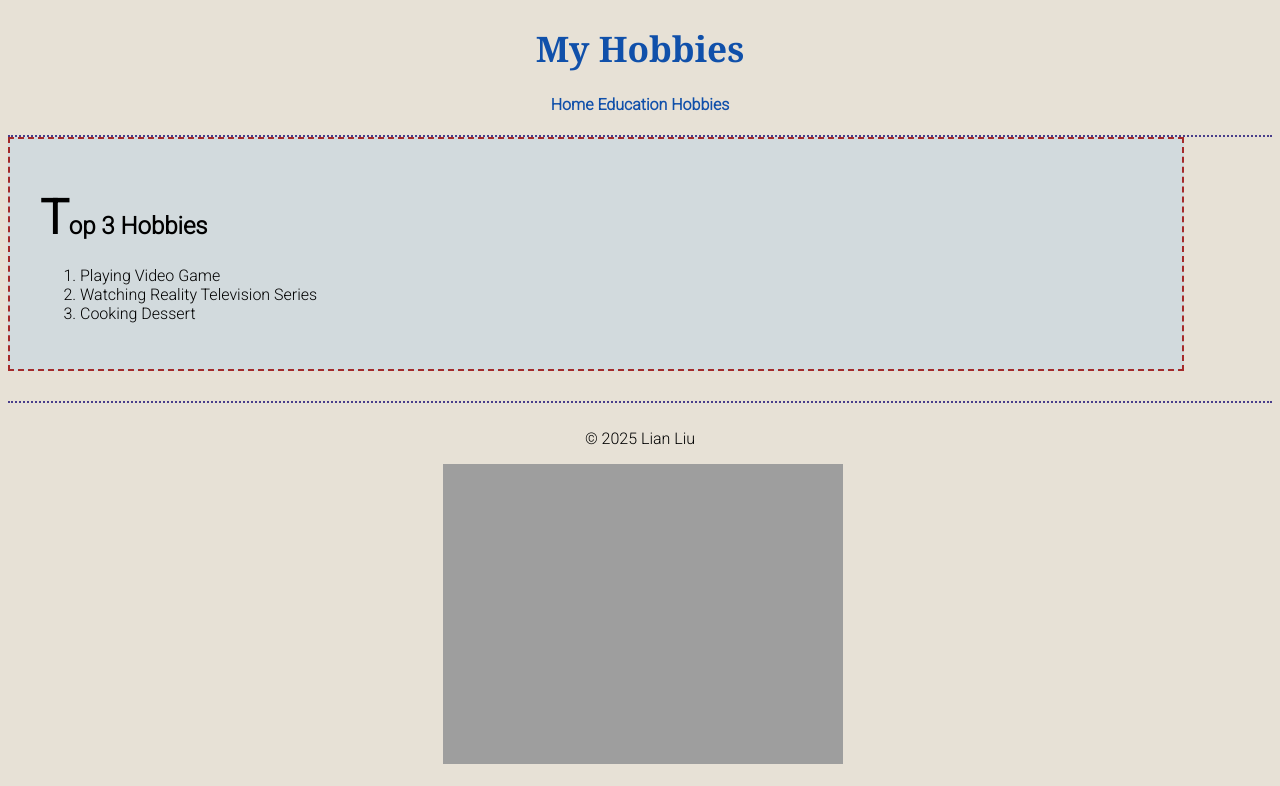
Repository: liulian26/CS5610
Page: assignment-1-liulian26/pages/hobbies.html
These files come from the project's save history. The page is drawn as it stood at one moment and after the next save; the edit follows.
The browser window is 1280 px wide. The pictures show the whole page.
Pictures or frames that could not be fetched are drawn as grey boxes.

Above is the page before, as saved 2025-02-01 00:42:53.

### assignment-1-liulian26/pages/hobbies.html
<!DOCTYPE html>
<html lang="en">
<head>
    <meta charset="UTF-8">
    <meta name="viewport" content="width=device-width, initial-scale=1.0">
    <title>Hobbies - My Portfolio</title>
    <link rel="stylesheet" href="../css/styles.css">
    <link rel="icon" href="../images/favicon.ico" type="image/x-icon">
</head>
<body>
    <header>
        <h1>My Hobbies</h1>
        <nav>
            <ul>
                <li><a href="../index.html">Home</a></li>
                <li><a href="education.html">Education</a></li>
                <li><a href="hobbies.html">Hobbies</a></li>
            </ul>
        </nav>
    </header>

    <main>
        <section>
            <h2>Top 3 Hobbies</h2>
            <ol>
                <li>Playing Video Game</li>
                <li>Watching Reality Television Series</li>
                <li>Cooking Dessert</li>
            </ol>
        </section>

    </main>

    <footer>
        <p>&copy; 2025 Lian Liu</p>
        <a href="https://github.com/liulian26" target="_blank">
            <i class="fab fa-github"></i>
        </a>
        <a href="mailto:liu.lian1@northeastern.edu">
            <i class="fas fa-envelope"></i>
        </a>
    </footer>
</body>
</html>

### assignment-1-liulian26/css/styles.css
@import url('https://fonts.googleapis.com/css2?family=Roboto:wght@300&display=swap');

header {
    text-align: center;
    border-bottom: 2px dotted darkslateblue;
    padding-bottom: 5px;

}

#role {
    font-weight: bold;
}

h1 {
    color: #1050aa;
    font-family: Georgia, 'Times New Roman', Times, serif;
    font-size: 2.2em;
}

nav ul {
    list-style-type: none;
    padding: 0;
    text-align: center;
}

nav ul li {
    display: inline;
    margin-right: 0 20px;
}

nav ul li a {
    text-decoration: none;
    color: #1050aa;
    font-weight: bold;
}

nav ul li a:hover {
    color: crimson;
}

main {
    width: 80%;
    margin: 20 auto;
}

section {
    border: 2px dashed brown;
    padding: 30px;
    margin-bottom: 30px;
    background-color: rgba(126, 191, 251, 0.2);
    width: 110%;
}

body {
    background-color: rgb(231, 225, 214);
    font-family: 'Roboto', sans-serif;
}

h2::first-letter {
    font-size: 3rem;
}

img {
    max-width: 26%;
    height: auto;
    display: block;
    margin: 10px auto;
}

figure {
    text-align: center;
}

figcaption {
    font-style: italic;
    color: goldenrod;
}

footer {
    text-align: center;
    padding: 10px;
    border-top: 2px dotted darkslateblue;
}

.projects {
    border: 2px dashed brown;
    margin: 10px 0;
}

a[href*="github"]:hover {
    color: crimson;
}

a[href*="github"]::after {
    content: url(../images/GitHub-Mark-32px.png);
    margin-left: 5px;
    vertical-align: middle;
}


header a:visited {
    color: rgb(237, 122, 127);
}

After the next save:
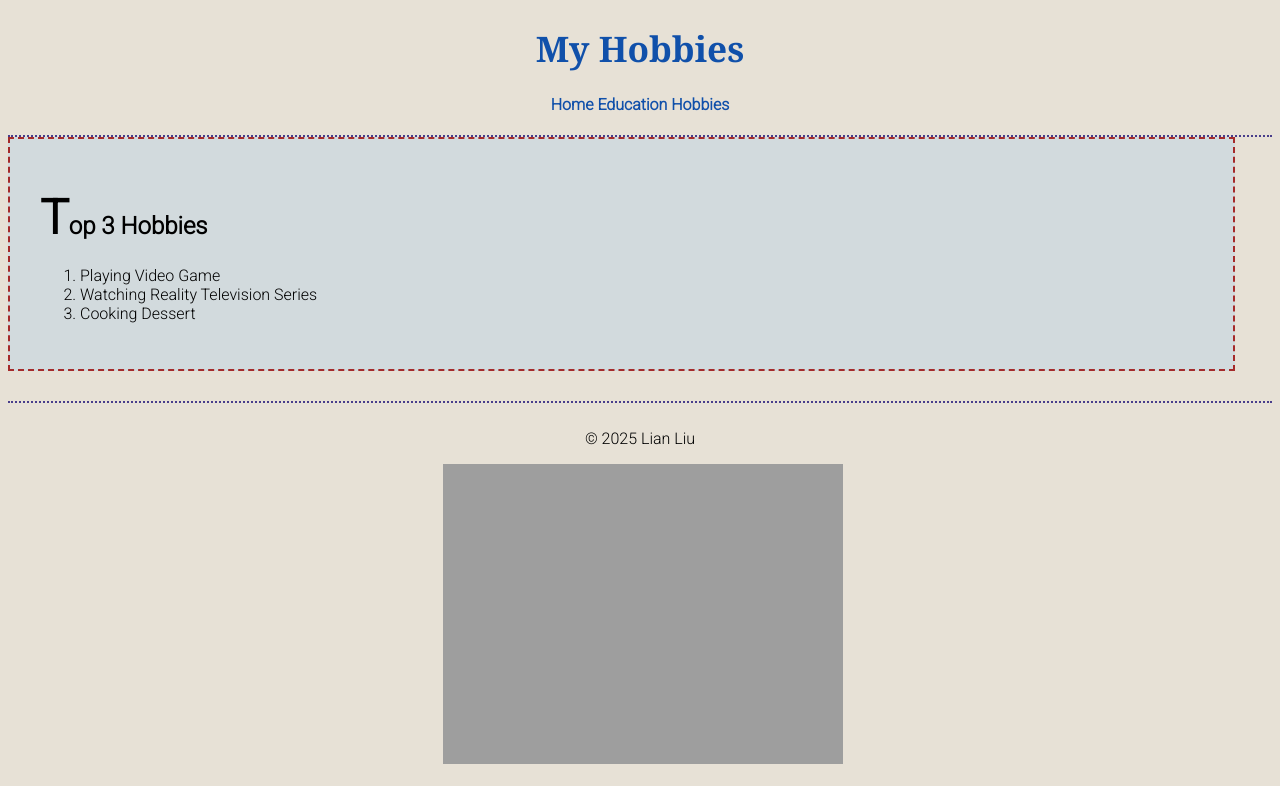
Saved 6 s later.
--- a/assignment-1-liulian26/css/styles.css
+++ b/assignment-1-liulian26/css/styles.css
@@ -48,7 +48,7 @@ section {
     padding: 30px;
     margin-bottom: 30px;
     background-color: rgba(126, 191, 251, 0.2);
-    width: 110%;
+    width: 115%;
 }
 
 body {
